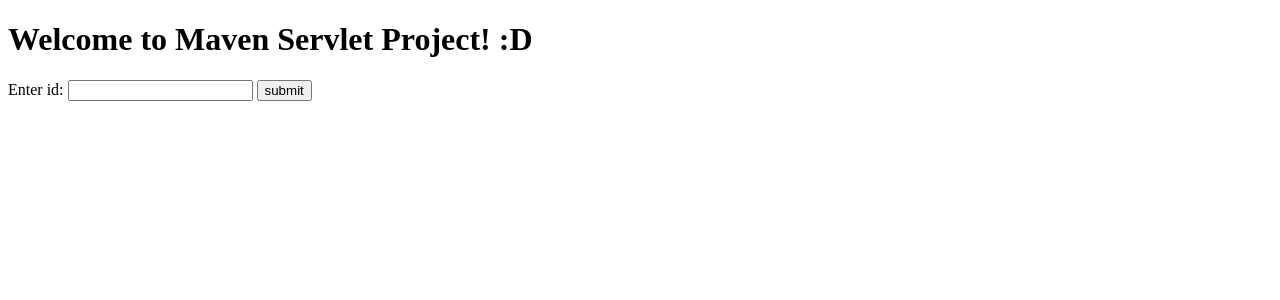
Repository: TheSonett/Java
Page: http://localhost/MavenServletProject/
An editor plug-in stored every save of this project. The page is shown before and after a run of saves, followed by the edit.
The browser window is 1280 px wide. The pictures show the whole page.
The page is served by Tomcat 9. Other server files are loaded and not shown.

Above is the page before, as saved 2023-08-01 09:55:52.

### Java Servlet/MavenServletProject/src/main/webapp/index.jsp
<%@page language="java" contentType="text/html; charset=ISO-8859-1" pageEncoding="ISO-8859-1"%>
<!DOCTYPE html>
<html>
<head>
<meta charset="ISO-8859-1">
<title>Insert title here</title>
</head>
<body>
	<h1>Welcome to Maven Servlet Project! :D</h1>
	<form action="">
		Enter id: <input type="text" name="id">
		<input type="submit" value="submit">
	</form>
</body>
</html>

After the next 2 saves:
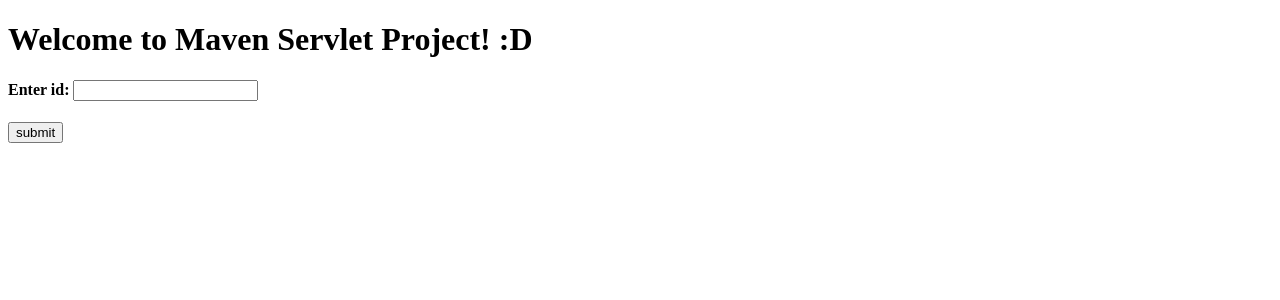
The 2 saves are shown as one change because they came seconds apart.
The last was saved 27 s later.
--- a/Java Servlet/MavenServletProject/src/main/webapp/index.jsp
+++ b/Java Servlet/MavenServletProject/src/main/webapp/index.jsp
@@ -8,7 +8,7 @@
 <body>
 	<h1>Welcome to Maven Servlet Project! :D</h1>
 	<form action="">
-		Enter id: <input type="text" name="id">
+		<h4>Enter id: <input type="text" name="id"></h4>
 		<input type="submit" value="submit">
 	</form>
 </body>
